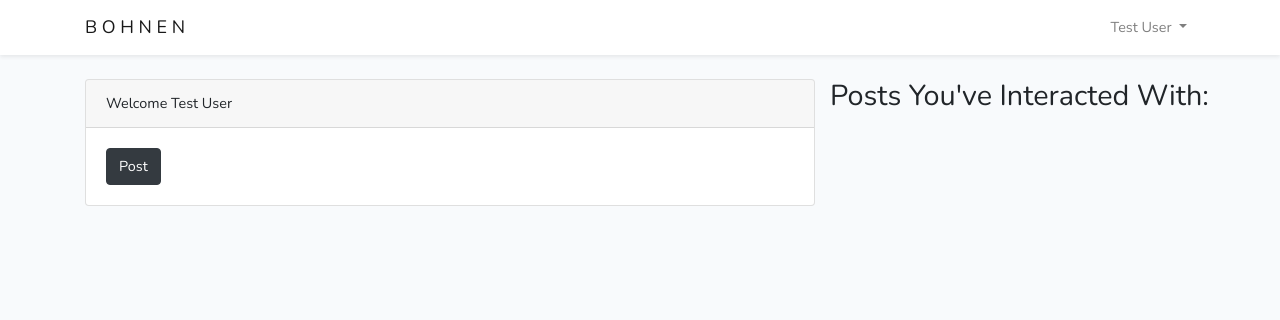
Repository: davidbohnen/BOHNEN
Page: http://localhost/home
The author's editor kept a copy of each file at every save. The page is drawn from the files as they stood at one save, then again after the next save.
The browser window is 1280 px wide. The pictures show the whole page.
The page is served by the project's Laravel application, run on PHP 8.4 with Laravel 8. A made-up administrator, Test User (test@example.com), is signed in. Other server files are loaded and not shown.

Above is the page before, as saved 2020-05-05 21:15:17.

### routes/web.php
<?php

use Illuminate\Support\Facades\Route;

/*
|--------------------------------------------------------------------------
| Web Routes
|--------------------------------------------------------------------------
|
| Here is where you can register web routes for your application. These
| routes are loaded by the RouteServiceProvider within a group which
| contains the "web" middleware group. Now create something great!
|
*/

Route::get('/', function () {
    return view('welcome');
});

Auth::routes();

Route::get('/home', 'HomeController@index')->name('home');

Route::get('/post/create', 'PostController@create');
Route::post('/post', 'PostController@store');
Route::get('/warn', 'IndexController@warn');
Route::get('/post/{post}', 'PostController@show');

Route::get('/public', 'IndexController@public');



Route::get('/about', 'IndexController@about');
Route::get('/more', 'IndexController@more');
Route::get('/history', 'IndexController@history');
Route::get('/record', 'IndexController@record');
Route::get('/contact', 'IndexController@contact');
Route::get('/live', 'IndexController@live');

### app/User.php
<?php

namespace App;

use Illuminate\Contracts\Auth\MustVerifyEmail;
use Illuminate\Foundation\Auth\User as Authenticatable;
use Illuminate\Notifications\Notifiable;

class User extends Authenticatable
{
    use Notifiable;

    /**
     * The attributes that are mass assignable.
     *
     * @var array
     */
    protected $fillable = [
        'name', 'email', 'password',
    ];

    /**
     * The attributes that should be hidden for arrays.
     *
     * @var array
     */
    protected $hidden = [
        'password', 'remember_token',
    ];

    /**
     * The attributes that should be cast to native types.
     *
     * @var array
     */
    protected $casts = [
        'email_verified_at' => 'datetime',
    ];


    public function post(){
        return $this->hasMany(Post::class);
    }

}

### resources/views/home.blade.php
@extends('layouts.app')

@section('content')
<div class="container">
    <div class="row justify-content-center">
        <div class="col-md-8">
            <div class="card">
                <div class="card-header">Welcome {{ Auth::user()->name }}</div>

                <div class="card-body">
                    @if (session('status'))
                        <div class="alert alert-success" role="alert">
                            {{ session('status') }}
                        </div>
                    @endif

                <a href="/post/create" class="btn btn-dark">Post</a>

                </div>
            </div>
        </div>

        <br>
        <h2>Posts You've Interacted With:</h2>
        <hr>


    </div>
</div>
@endsection

### resources/views/layouts/app.blade.php
<!doctype html>
<html lang="{{ str_replace('_', '-', app()->getLocale()) }}">
<head>
    <meta charset="utf-8">
    <meta name="viewport" content="width=device-width, initial-scale=1">

    <!-- CSRF Token -->
    <meta name="csrf-token" content="{{ csrf_token() }}">

    <title>{{ config('BOHNEN', 'B O H N E N') }}</title>


    <!-- Scripts -->
    <script src="{{ asset('js/app.js') }}" defer></script>

    <!-- Fonts -->
    <link rel="dns-prefetch" href="//fonts.gstatic.com">
    <link href="https://fonts.googleapis.com/css?family=Nunito" rel="stylesheet">

    <!-- Styles -->
    <link href="{{ asset('css/app.css') }}" rel="stylesheet">
</head>
<body>
    <div id="app">
        <nav class="navbar navbar-expand-md navbar-light bg-white shadow-sm">
            <div class="container">
                <a class="navbar-brand" href="{{ url('/') }}">
                    {{ config('BOHNEN', 'B O H N E N') }}
                </a>
                <button class="navbar-toggler" type="button" data-toggle="collapse" data-target="#navbarSupportedContent" aria-controls="navbarSupportedContent" aria-expanded="false" aria-label="{{ __('Toggle navigation') }}">
                    <span class="navbar-toggler-icon"></span>
                </button>

                <div class="collapse navbar-collapse" id="navbarSupportedContent">
                    <!-- Left Side Of Navbar -->
                    <ul class="navbar-nav mr-auto">

                    </ul>

                    <!-- Right Side Of Navbar -->
                    <ul class="navbar-nav ml-auto">
                        <!-- Authentication Links -->
                        @guest
                            <li class="nav-item">
                                <a class="nav-link" href="{{ route('login') }}">{{ __('Login') }}</a>
                            </li>
                            @if (Route::has('register'))
                                <li class="nav-item">
                                    <a class="nav-link" href="{{ route('register') }}">{{ __('Register') }}</a>
                                </li>
                            @endif
                        @else
                            <li class="nav-item dropdown">
                                <a id="navbarDropdown" class="nav-link dropdown-toggle" href="#" role="button" data-toggle="dropdown" aria-haspopup="true" aria-expanded="false" v-pre>
                                    {{ Auth::user()->name }} <span class="caret"></span>
                                </a>

                                <div class="dropdown-menu dropdown-menu-right" aria-labelledby="navbarDropdown">
                                    <a class="dropdown-item" href="{{ route('logout') }}"
                                       onclick="event.preventDefault();
                                                     document.getElementById('logout-form').submit();">
                                        {{ __('Logout') }}
                                    </a>

                                    <form id="logout-form" action="{{ route('logout') }}" method="POST" style="display: none;">
                                        @csrf
                                    </form>
                                </div>
                            </li>
                        @endguest
                    </ul>
                </div>
            </div>
        </nav>

        <main class="py-4">
            @yield('content')
        </main>
    </div>
</body>
</html>

Loaded but not shown: app/Http/Controllers/Auth/LoginController.php (common file); app/Http/Controllers/Controller.php (common file); app/Http/Controllers/Auth/ConfirmPasswordController.php (common file); app/Http/Controllers/HomeController.php (common file); public/css/app.css (library)

After the next save:
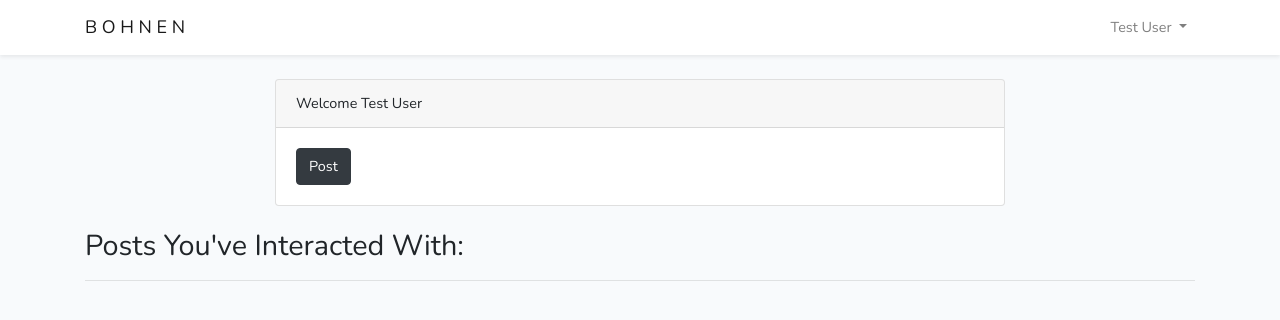
Saved 17 s later.
--- a/resources/views/home.blade.php
+++ b/resources/views/home.blade.php
@@ -20,11 +20,10 @@
             </div>
         </div>
 
-        <br>
+
+    </div>
+    <br>
         <h2>Posts You've Interacted With:</h2>
         <hr>
-
-
-    </div>
 </div>
 @endsection
